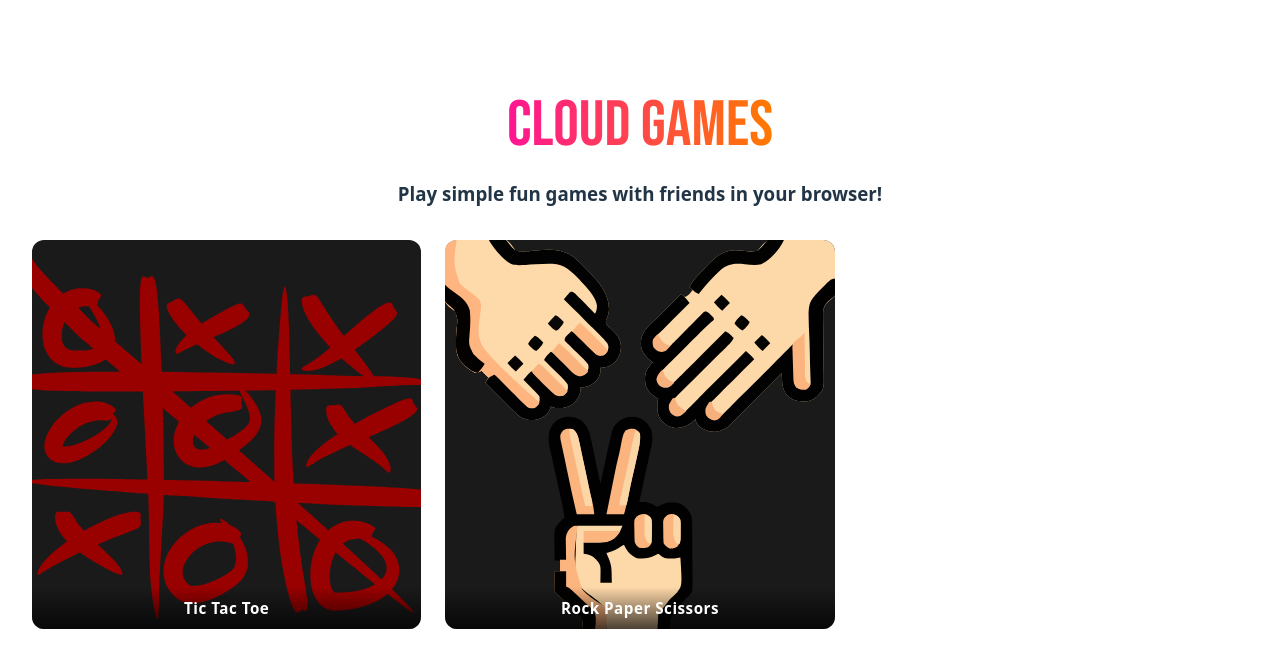
Repository: Sadotib/cloud-games
Page: / (app in client/)
The author's editor kept a copy of each file at every save. The page is drawn from the files as they stood at one save, then again after the next save.
The browser window is 1280 px wide. The pictures show the whole page.
The project was rebuilt for these pictures with package versions that can differ from the ones it lists, and the page was loaded fresh each time. Also part of the build but not shown: client/vite.config.js.

Above is the page before, as saved 2025-12-21 22:07:10.
Console error: TypeError: Cannot read properties of null (reading 'addEventListener')

### client/index.html
<!doctype html>
<html lang="en">
  <head>
    <meta charset="UTF-8" />
    <meta name="viewport" content="width=device-width, initial-scale=1.0" />
     <!-- Webfonts and page styles: black background, gradient headings -->
    <!-- // <link href="https://fonts.googleapis.com/css2?family=Inter:wght@300;400;600;800&family=Lobster&display=swap" rel="stylesheet"> -->
    <link rel="preconnect" href="https://fonts.googleapis.com">
    <link rel="preconnect" href="https://fonts.gstatic.com" crossorigin>
    <link href="https://fonts.googleapis.com/css2?family=Bebas+Neue&display=swap" rel="stylesheet">
    <title>cloud game</title>
  </head>
  <body>
    <!-- <h1>Cloud Game</h1> -->
    <div id="app"></div>
    <script type="module" src="src/main.js"></script>
  </body>
</html>

### client/src/main.js
import './style.css'
import { startNewGame } from './api/newgame.js'
import { joinGame } from './api/joingame.js'


document.querySelector('#app').innerHTML = `
  <div>
    <h1 class="font-semibold text-center bebas-neue-regular gradient-text hero-title">Cloud Games</h1>
    <h3>Play simple fun games with friends in your browser!</h3>

    <div class="grid">
    <!-- Game Tile -->
      <div class="game-tile">
        <img src="/tictactoe.svg" alt="Tic Tac Toe" />
        <div class="game-label">Tic Tac Toe</div>
      </div>

      <div class="game-tile">
        <img src="/rps.svg" alt="Rock Paper Scissors" />
        <div class="game-label">Rock Paper Scissors</div>
      </div>
    </div>
  </div>
`

startNewGame()

joinGame()

### client/src/style.css
:root {
  font-family: system-ui, Avenir, Helvetica, Arial, sans-serif;
  line-height: 1.5;
  font-weight: 400;

  color-scheme: light dark;
  color: rgba(255, 255, 255, 0.87);
  background-color: #242424;

  font-synthesis: none;
  text-rendering: optimizeLegibility;
  -webkit-font-smoothing: antialiased;
  -moz-osx-font-smoothing: grayscale;
}

a {
  font-weight: 500;
  color: #646cff;
  text-decoration: inherit;
}

a:hover {
  color: #535bf2;
}

body {
  margin: 0;
  display: flex;
  place-items: center;
  min-width: 320px;
  min-height: 100vh;
}

/* Stylised heading with hot-pink to bright-orange gradient */
.bebas-neue-regular {
  font-family: "Bebas Neue", sans-serif;
  font-weight: 400;
  font-style: normal;
  font-size: 4em;
}


.gradient-text {
  display: inline-block;
  background: linear-gradient(90deg, #ff1493 0%, #ff7a00 100%);
  /* hot pink -> bright orange */
  -webkit-background-clip: text;
  -webkit-text-fill-color: transparent;
  background-clip: text;
  color: transparent;
}

h1 {
  font-size: 3.2em;
  line-height: 1.1;
  margin: auto;
}

#app {
  max-width: 1280px;
  margin: 0 auto;
  padding: 2rem;
  text-align: center;
}

.logo {
  height: 6em;
  padding: 1.5em;
  will-change: filter;
  transition: filter 300ms;
}

.logo:hover {
  filter: drop-shadow(0 0 2em #646cffaa);
}

.logo.vanilla:hover {
  filter: drop-shadow(0 0 2em #f7df1eaa);
}

.card {
  padding: 2em;
}

.read-the-docs {
  color: #888;
}

button {
  border-radius: 8px;
  border: 1px solid transparent;
  padding: 0.6em 1.2em;
  font-size: 1em;
  font-weight: 500;
  font-family: inherit;
  background-color: #1a1a1a;
  cursor: pointer;
  transition: border-color 0.25s;
}

button:hover {
  border-color: #646cff;
}

button:focus,
button:focus-visible {
  outline: 4px auto -webkit-focus-ring-color;
}

@media (prefers-color-scheme: light) {
  :root {
    color: #213547;
    background-color: #ffffff;
  }

  a:hover {
    color: #747bff;
  }

  button {
    background-color: #f9f9f9;
  }
}

.grid {
  display: grid;
  grid-template-columns: repeat(3, 1fr);
  /* 3 columns */
  gap: 1.5rem;
  margin-top: 2rem;
}

/* Game tile */
.grid>div {
  aspect-ratio: 1 / 1;
  /* perfect square */
  background-color: #1a1a1a;
  border-radius: 12px;
  overflow: hidden;
  cursor: pointer;

  display: flex;
  align-items: center;
  justify-content: center;

  transition: transform 0.2s ease, box-shadow 0.2s ease;
}

.grid>div:hover {
  transform: translateY(-4px);
  box-shadow: 0 10px 25px rgba(0, 0, 0, 0.4);
}

/* Image inside tile */
.grid img {
  width: 100%;
  height: 100%;
  object-fit: cover;
}

.game-tile {
  position: relative;
  aspect-ratio: 1 / 1;
  background-color: #1a1a1a;
  border-radius: 12px;
  overflow: hidden;
  cursor: pointer;

  transition: transform 0.2s ease, box-shadow 0.2s ease;
}

.game-tile:hover {
  transform: translateY(-4px);
  box-shadow: 0 10px 25px rgba(0, 0, 0, 0.4);
}

.game-tile img {
  width: 100%;
  height: 100%;
  object-fit: cover;
}

/* Label overlay */
.game-label {
  position: absolute;
  bottom: 0;
  width: 100%;
  padding: 0.6rem 0;
  text-align: center;

  background: linear-gradient(to top,
      rgba(0, 0, 0, 0.7),
      rgba(0, 0, 0, 0));

  color: #fff;
  font-weight: 600;
  letter-spacing: 0.5px;
  font-size: 0.95rem;
}

### client/src/api/newgame.js
import { showGameScreen } from "../ui.js"
import { connectWebSocket } from "./websocket.js"


// let playerId = "bitopan"

export function addLog(msg) {
    const logBox = document.getElementById("log")
    logBox.textContent += msg + "\n"
    logBox.scrollTop = logBox.scrollHeight
}

export function startNewGame() {
    const startBtn = document.getElementById("startBtn")
    startBtn.addEventListener("click", async () => {
        console.log("Starting game...");
        addLog("Starting game...");

        try {
            const response = await fetch("http://localhost:8080/game/create/", {
                method: "GET",
                headers: {
                    "Content-Type": "application/json"
                }
            });

            const data = await response.json();
            const playerId = data.playerId;
            console.log("Game created:", data.gameId, "Player ID:", playerId);
            addLog("Game created with ID: " + data.gameId);

            const gameId = data.gameId;

            connectWebSocket("create", gameId, playerId);


            // alert(`Game created with ID: ${data.gameId}`);
        } catch (error) {
            console.error("Error creatin game:", error);
        }
    });

}

### client/src/api/joingame.js
import { connectWebSocket } from './websocket.js'
import { addLog } from './newgame.js'
import { showGameScreen } from '../ui.js';

export function joinGame(element) {

    const joinBtn = document.getElementById("joinBtn")



    joinBtn.addEventListener("click", async () => {
        const gameId = document.getElementById("gameIdInput").value

        console.log("Game ID to join:", gameId);

        if (!gameId) {
            alert("No Game ID provided")
            return
        }

        try {
            const response = await fetch(`http://localhost:8080/game/join/${gameId}`, {
                method: "GET",
                headers: {
                    "Content-Type": "application/json"
                }
            });

            const data = await response.json();
            const playerId = data.playerId;
            console.log("Game created:", gameId, "Player ID:", playerId);
            addLog("Game joinded with ID: " + gameId);



            // connectWebSocket("create", gameId, playerId);

            console.log("Joining game...");

            try {
                connectWebSocket("join", gameId, playerId);

                // alert(`Game created with ID: ${data.gameId}`);
            } catch (error) {
                console.error("Error joining game:", error);
            }


            // alert(`Game created with ID: ${data.gameId}`);
        } catch (error) {
            console.error("Error connecting to game:", error);
        }



    });

}

### client/src/ui.js
import { quitGame } from './api/quitgame.js'
import { startNewGame } from './api/newgame.js'
import { joinGame } from './api/joingame.js'

export function showGameScreen(gameId, playerId) {
    document.querySelector('#app').innerHTML = `
        <div>
            <h2>Game ID: ${gameId}</h2>
            <h3>Player ID: ${playerId}</h3>
            <button id="quitBtn">Quit Game</button>
            <div id="roomStatus" style="white-space: pre-wrap; border: 1px solid #ccc; height: 300px; overflow-y: scroll; margin-top: 10px;"></div>
        </div>
    `;
    quitGame(playerId);
}

export function showHomeScreen() {
    document.querySelector('#app').innerHTML = `
      <div>
          <button id="startBtn">Start Game</button>


          <pre id="log" style="
            margin-top:20px;
            border:1px solid #ccc;
            padding:10px;
            height:200px;
            overflow-y:auto;
            background:#f7f7f7;
            color: grey;
            text-align: left;
          ">
          </pre>

          <div style="margin-top:20px;">
            <input id="gameIdInput" placeholder="Enter Game ID" />
            <button id="joinBtn">JOIN</button>
          </div>

        </div>
      `

    startNewGame()

    joinGame()
}

export function updateRoomStatusUI({ playerCount, players }) {
    const statusBox = document.getElementById("roomStatus");

    statusBox.innerHTML = `
        <p><strong>Players in Room:</strong> ${playerCount}</p>
        <ul>${players.map(p => `<li>${p}</li>`).join("")}</ul>
    `;
}

### client/src/api/websocket.js
import { addLog } from "./newgame.js"
import { showGameScreen } from "../ui.js"
import { updateRoomStatusUI } from "../ui.js"


let socket = null;

export function connectWebSocket(action, gameId, playerId) {

    const wsUrl = `ws://localhost:8080/ws/${action}/${gameId}/${playerId}`
    addLog("Connecting WebSocket → " + wsUrl)

    socket = new WebSocket(wsUrl)

    socket.onopen = () => {

        addLog("WebSocket CONNECTED")

        showGameScreen(gameId, playerId);   // ⬅ open game screen here!
    }
    socket.onclose = () => addLog("WebSocket DISCONNECTED")
    socket.onerror = (err) => addLog("WebSocket ERROR: " + err)
    socket.onmessage = (event) => {

        console.log("WebSocket message event:", event);
        console.log("WebSocket message data (raw):", event.data);
        const data = JSON.parse(event.data);
        console.log("WebSocket message data:", data);

        if (data.type === "room_status") {
            updateRoomStatusUI(data);
            return;
        }
        addLog("Received → " + event.data)
    }
    // // STEP 3: Send a WebSocket message
    // sendBtn.addEventListener("click", () => {
    //     if (!socket || socket.readyState !== WebSocket.OPEN) {
    //         addLog("Cannot send message: WebSocket not open")
    //         return
    //     }

    //     const text = document.getElementById("msgInput").value
    //     const msg = JSON.stringify({
    //         type: "chat",
    //         from: playerId,
    //         text: text
    //     })

    //     socket.send(msg)
    //     addLog("Sent → " + text)
    // })
}

export function disconnectWebSocket(playerId) {
    if (!socket) {
        console.log("No active WebSocket to disconnect");
        addLog("No active WebSocket to disconnect");
        return;
    }

    if (socket.readyState === WebSocket.OPEN) {
        socket.close(1000, `${playerId} closed connection`);
        console.log(`WebSocket CLOSED by ${playerId}`);
    } else {
        console.log("WebSocket was not open");
        addLog("WebSocket was not open");
    }

    socket = null; // optional: cleanup
}

### client/src/api/quitgame.js
import { connectWebSocket, disconnectWebSocket } from './websocket.js'
import { addLog } from './newgame.js'
import { showHomeScreen } from '../ui.js';

export function quitGame(playerId) {

    const quitBtn = document.getElementById("quitBtn")

    quitBtn.addEventListener("click", async () => {
        console.log("Quitting game...");

        try {
            disconnectWebSocket(playerId);
            showHomeScreen();
            // alert(`Game created with ID: ${data.gameId}`);
        } catch (error) {
            console.error("Error quitting game:", error);
        }
    });

}

After the next save:
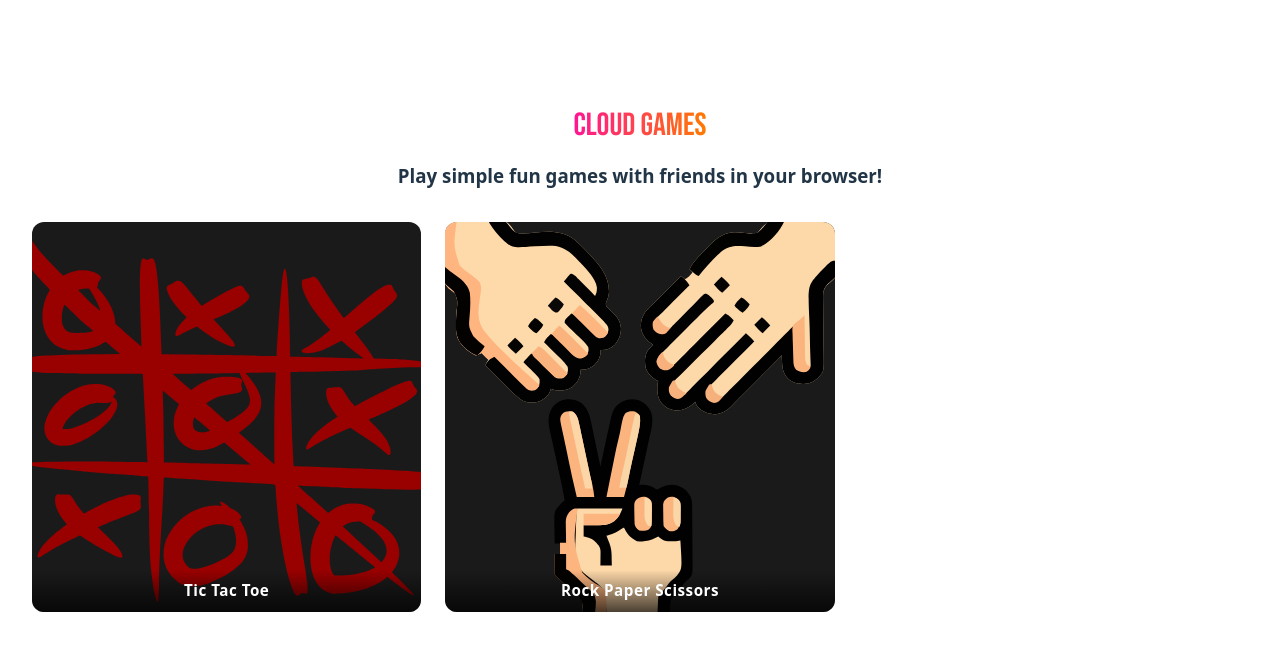
Saved 9 s later.
--- a/client/src/style.css
+++ b/client/src/style.css
@@ -36,7 +36,7 @@
   font-family: "Bebas Neue", sans-serif;
   font-weight: 400;
   font-style: normal;
-  font-size: 4em;
+  font-size: 200%;
 }
 
 
